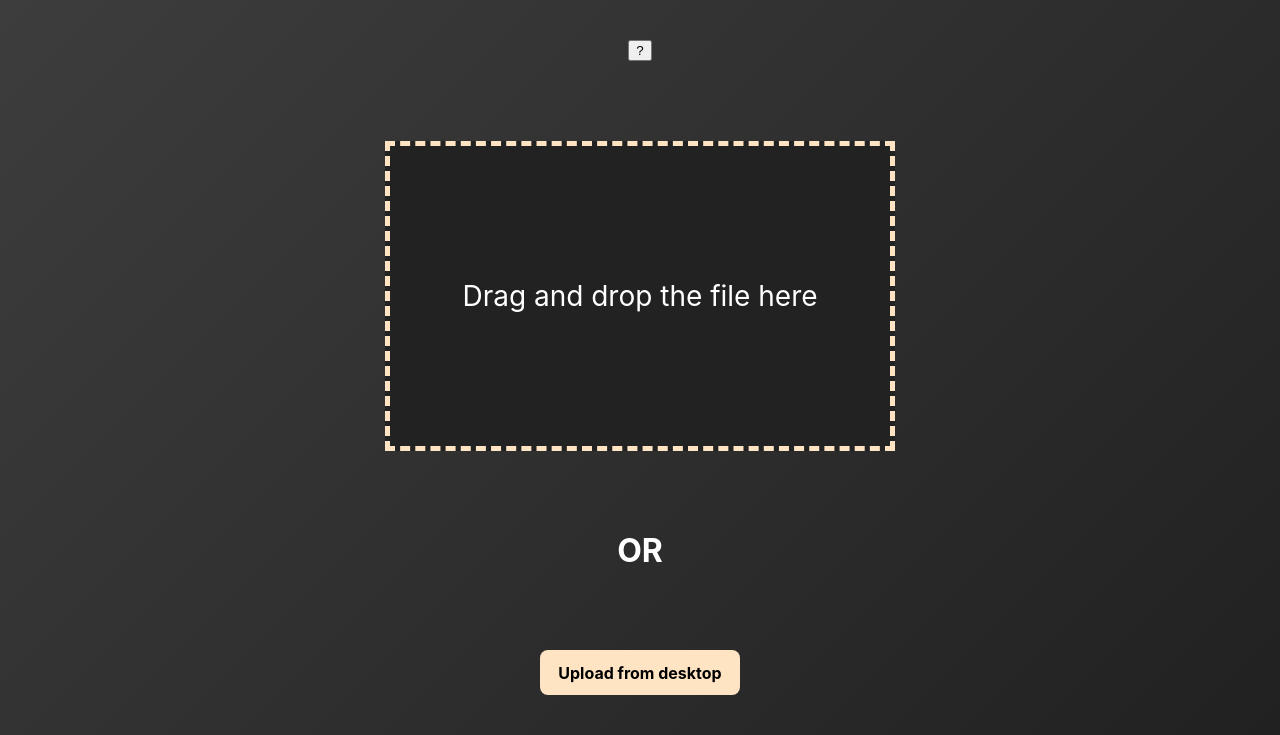
Repository: RXBVK/rt-map
Page: /
An editor plug-in stored every save of this project. The page is shown before and after the next save, followed by the edit.
The browser window is 1280 px wide. The pictures show the whole page.
The project was rebuilt for these pictures with package versions that can differ from the ones it lists, and the page was loaded fresh each time. Also part of the build but not shown: src/components/ColumnsPicker/styles/columns-picker.css, src/components/ColumnsPicker/ColumnsPicker.js, src/components/Map/Map.js.

Above is the page before, as saved 2021-07-21 21:41:24.

After the next save:
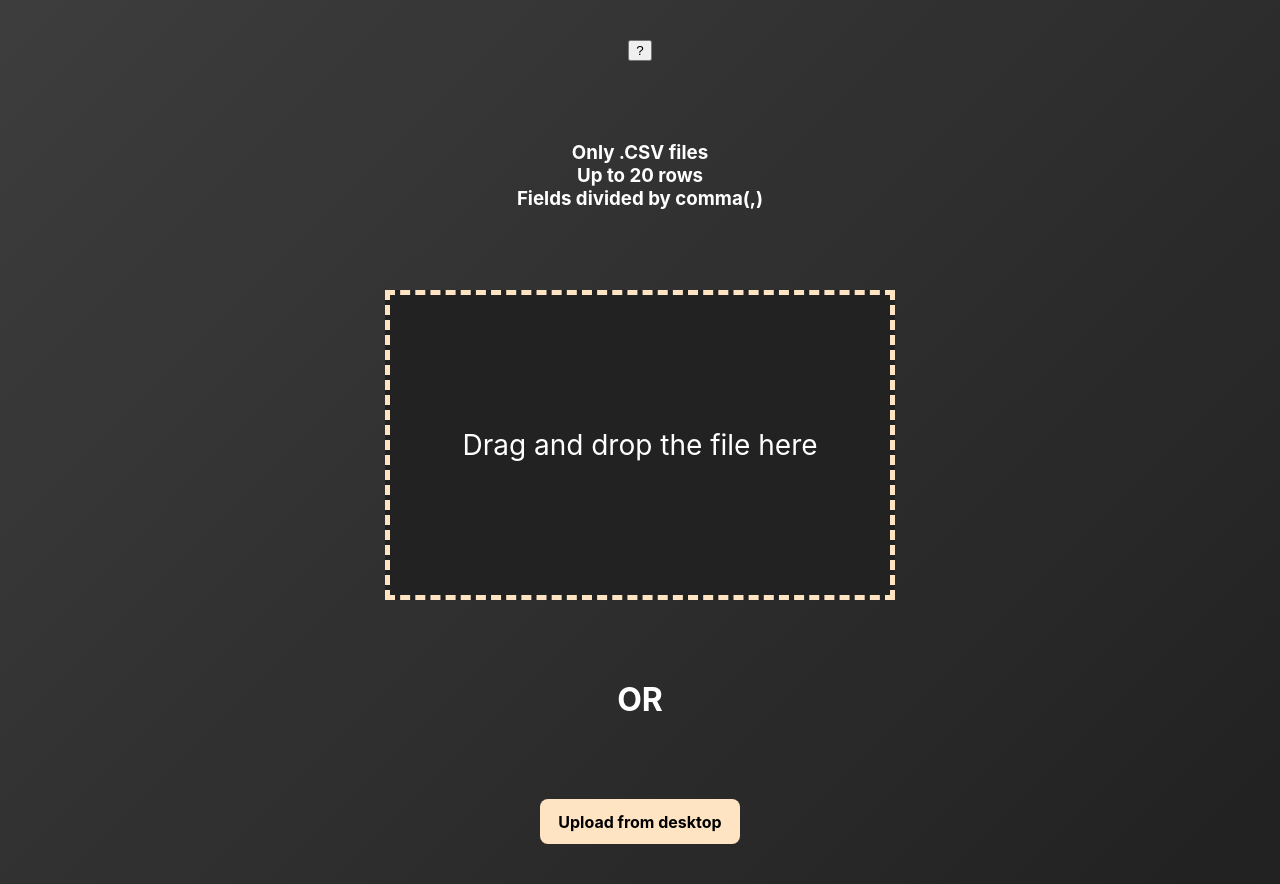
Saved 119 s later.
--- a/src/components/CsvUploader/CsvUploader.js
+++ b/src/components/CsvUploader/CsvUploader.js
@@ -25,6 +25,13 @@ export default function CsvUploader(props) {
   return (
     <div className="csv-uploader__container">
       <button className="csv-uploader__help">?</button>
+      <h3>
+        Only .CSV files
+        <br />
+        Up to 20 rows
+        <br />
+        Fields divided by comma(,)
+      </h3>
       <div className="csv-uploader__dropzone" onDrop={(e) => handleDropZone(e)}>
         <p>Drag and drop the file here</p>
       </div>
